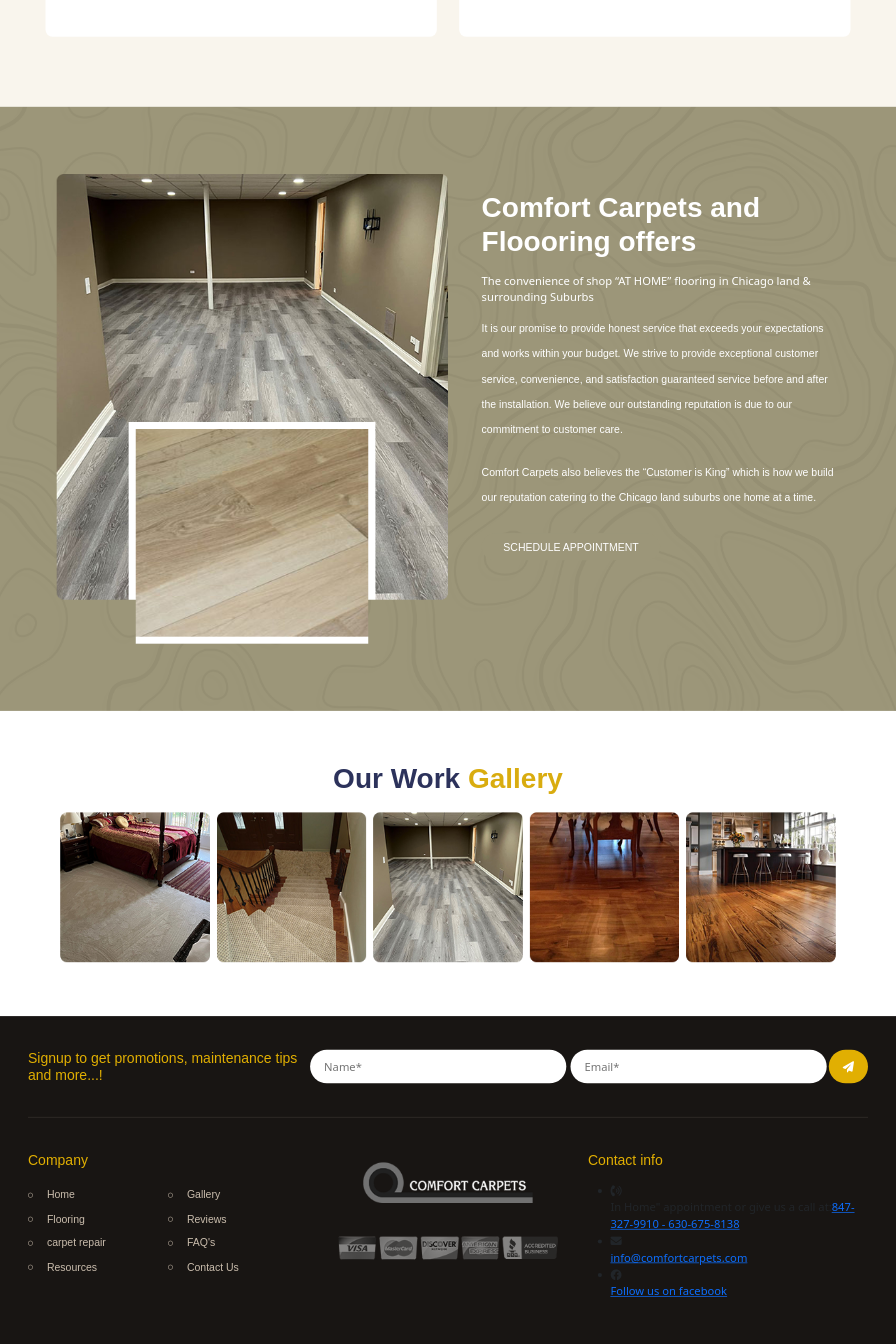
Repository: Ab-dur-Rehman/sscaseFolders
Page: index.html
These files come from the project's save history. The page is drawn as it stood at one moment and after the next save; the edit follows.
The browser window is 1280 px wide. The pictures show the part of the page from y = 3942 to 5862 px (the page is 5862 px tall before and 5837 px after), at 70% of full size.
Some web fonts or font styles are not loaded; a fallback is used.

Above is the page before, as saved 2022-12-26 17:15:18.

After the next save:
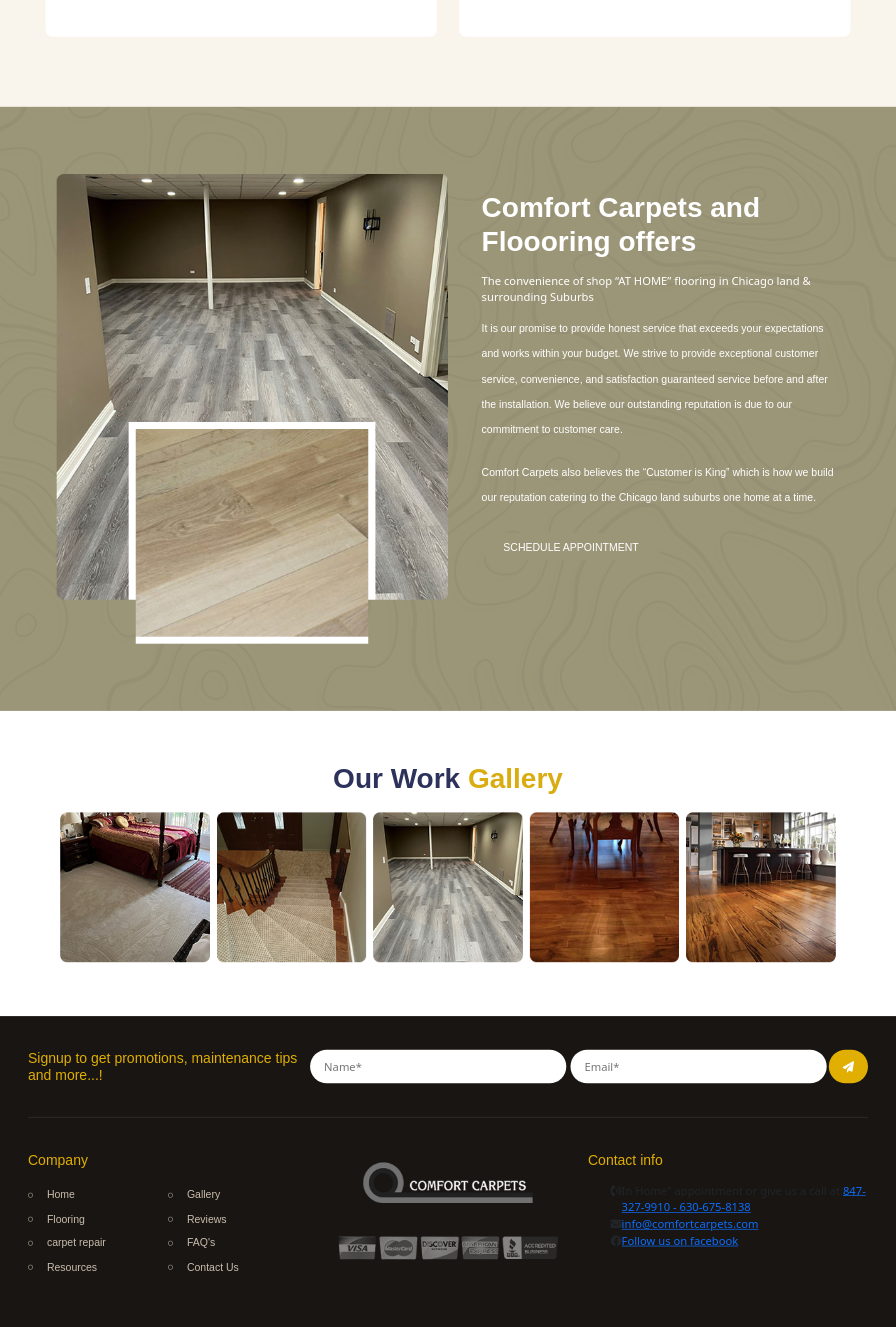
Saved 66 s later.
--- a/index.html
+++ b/index.html
@@ -279,15 +279,15 @@
             <div class="footer-center-3 col-md-4">
               <h5 class="h5">Contact info</h5>
               <ul>
-                <li>
+                <li class="d-flex flex-row align-items-top">
                   <div class="icon-block"><i class="fa-sharp fa-solid fa-phone-volume"></i></div>
                   <div class="info-block">In Home" appointment or give us a call at:<span><a href="">847-327-9910 - 630-675-8138</a></span></div>
                 </li>
-                <li>
+                <li class="d-flex flex-row align-items-top">
                   <div class="icon-block"><i class="fa-solid fa-envelope"></i></div>
                   <div class="info-block"><a href="mailto:info@comfortcarpets.com">info@comfortcarpets.com</a></div>
                 </li>
-                <li>
+                <li class="d-flex flex-row align-items-top">
                   <div class="icon-block"><i class="fa-brands fa-facebook"></i></div>
                   <div class="info-block"><a href="#">Follow us on facebook</a></div>
                 </li>
